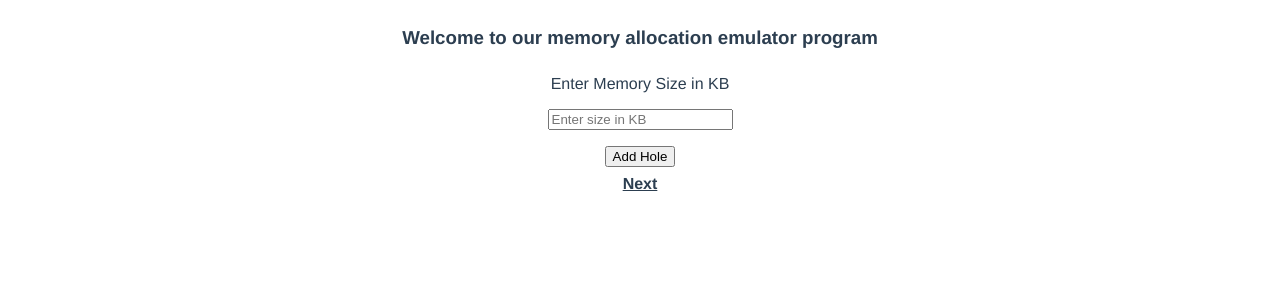
Repository: atout811/memory-allocation-project
Page: /
An editor plug-in stored every save of this project. The page is shown before and after the next save, followed by the edit.
The browser window is 1280 px wide. The pictures show the whole page.
The project was rebuilt for these pictures with package versions that can differ from the ones it lists, and the page was loaded fresh each time. Also part of the build but not shown: src/views/Process.vue.

Above is the page before, as saved 2021-06-06 14:24:38.

### src/App.vue
<template>
  <router-view />
</template>
<script>
import MemHole from "./views/MemoryAndHoles.vue";
export default {
  name: "App",
  components: { MemHole },
};
</script>
<style lang="scss">
#app {
  font-family: Avenir, Helvetica, Arial, sans-serif;
  -webkit-font-smoothing: antialiased;
  -moz-osx-font-smoothing: grayscale;
  text-align: center;
  color: #2c3e50;
  display: flex;
  flex-direction: column;
  align-items: center;
}
a {
  font-weight: bold;
  color: #2c3e50;

  &.router-link-exact-active {
    color: #42b983;
  }
}
</style>

### src/router/index.js
import { createRouter, createWebHashHistory } from "vue-router";
import Process from "../views/Process";
import MemoryAndHoles from "../views/MemoryAndHoles";

const routes = [
  {
    path: "/",
    name: "Home",
    component: MemoryAndHoles,
  },
  {
    path: "/process",
    name: "About",
    component: Process,
  },
];

const router = createRouter({
  history: createWebHashHistory(),
  routes,
});

export default router;

### src/store/index.js
import { createStore } from "vuex";

export default createStore({
  state: {
    input: {
      memSize: "",
      Holes: [],
      Processes: [],
      methods: "",
    },
  },
  mutations: {},
  actions: {},
  modules: {},
});

### src/views/MemoryAndHoles.vue
<template>
  <h3>Welcome to our memory allocation emulator program</h3>
  <div class="memory">
    <span>Enter Memory Size in KB</span>
    <input type="text" placeholder="Enter size in KB" v-model="memorySize" />
  </div>
  <div class="holes">
    <input type="button" value="Add Hole" @click="handleClick" />
    <div v-for="(hole, index) in holes" :key="index">
      <span>Enter Hole start adress</span>
      <input
        type="text"
        placeholder="Enter Start address"
        v-model="holes[index].starting"
      />
      <span>Enter Hole size</span>
      <input
        type="text"
        placeholder="Enter hole size"
        v-model="holes[index].size"
      />
    </div>
  </div>
  <router-link to="/process">Next</router-link>
</template>
<script>
export default {
  name: "MemHole",
  data() {
    return {
      memorySize: "",
      holes: [],
    };
  },
  methods: {
    handleClick: function () {
      this.holes = [...this.holes, { starting: "", size: "" }];
      console.log(this.holes);
    },
  },
};
</script>

<style scoped>
.memory {
  display: flex;
  flex-direction: column;
  max-width: 25%;
}
span {
  margin: 8px;
}
input {
  margin: 8px;
}
</style>

Loaded but not shown: public/index.html (common file); src/main.js (common file)

After the next save:
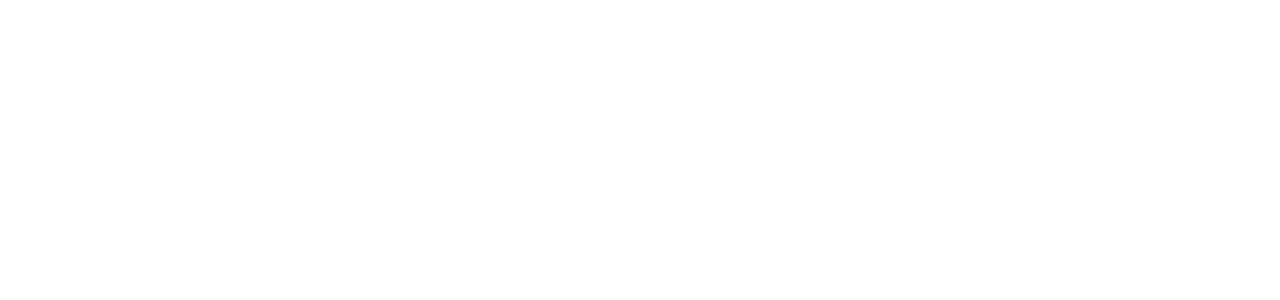
Console error: ReferenceError: store is not defined
Saved 41 s later.
--- a/src/views/MemoryAndHoles.vue
+++ b/src/views/MemoryAndHoles.vue
@@ -21,11 +21,12 @@
       />
     </div>
   </div>
-  <router-link to="/process">Next</router-link>
+  <router-link to="/process" @click="handlNext">Next</router-link>
 </template>
 <script>
 export default {
   name: "MemHole",
+  store,
   data() {
     return {
       memorySize: "",
@@ -36,6 +37,12 @@
     handleClick: function () {
       this.holes = [...this.holes, { starting: "", size: "" }];
       console.log(this.holes);
+    },
+    handleNext: function () {
+      console.log(this.$store);
+      this.$store.input.memSize = this.memorySize;
+      this.$store.input.Holes = holes;
+      console.log(this.$store);
     },
   },
 };

After the save that followed:
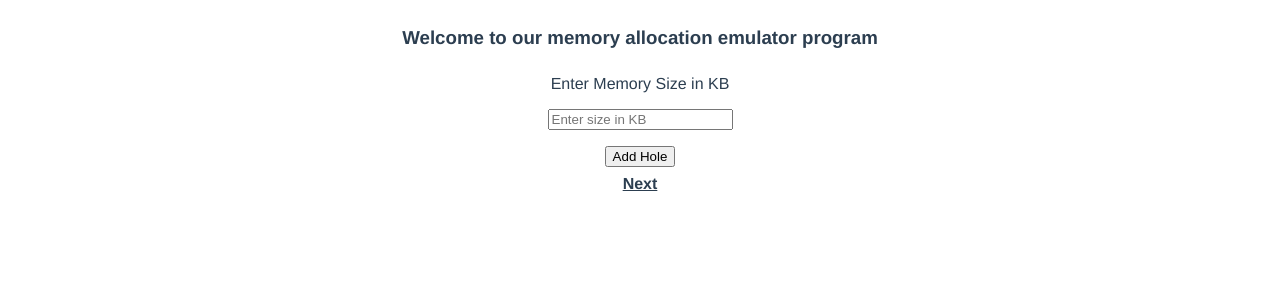
The error is gone.
Saved 40 s later.
--- a/src/views/MemoryAndHoles.vue
+++ b/src/views/MemoryAndHoles.vue
@@ -24,6 +24,7 @@
   <router-link to="/process" @click="handlNext">Next</router-link>
 </template>
 <script>
+import store from "../store";
 export default {
   name: "MemHole",
   store,
